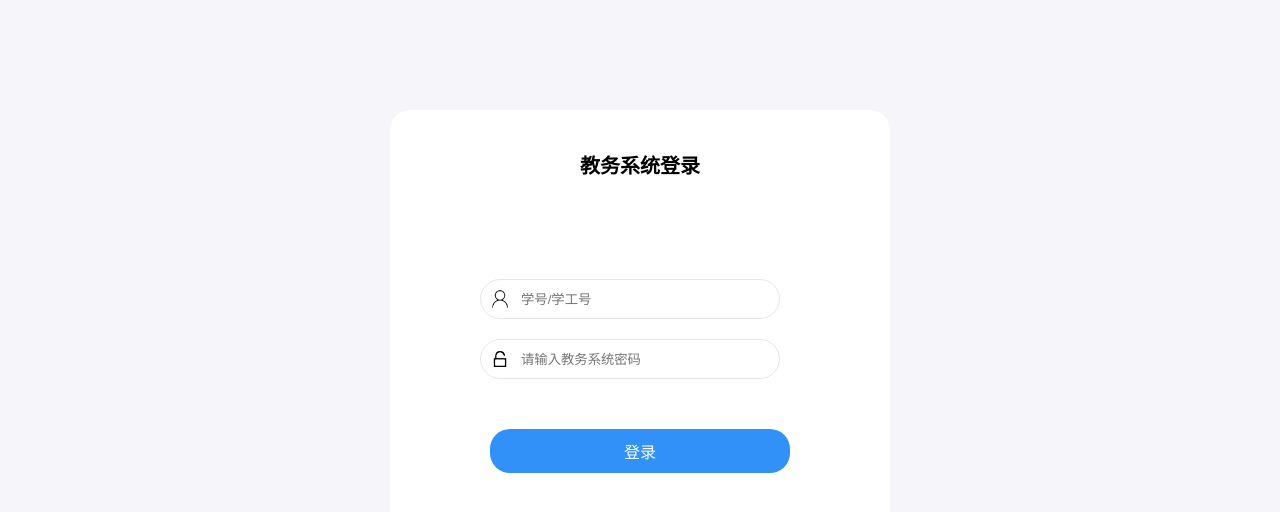
Repository: yangziteng/System
Page: / (app in myreact/)
The author's editor kept a copy of each file at every save. The page is drawn from the files as they stood at one save, then again after the next save.
The browser window is 1280 px wide. The pictures show the whole page.
The project was rebuilt for these pictures with package versions that can differ from the ones it lists, and the page was loaded fresh each time. Also part of the build but not shown: myreact/vite.config.js, myreact/src/App.css, myreact/src/App.jsx, myreact/src/log.jsx.

Above is the page before, as saved 2022-07-08 14:54:08.

### myreact/src/main.jsx
import React from 'react'
import ReactDOM from 'react-dom/client'
import App from './App'
import LOG from './log'
import './index.css'
import Login from "./pages/Login/Login"
const p = {name:"杨",age:12}
ReactDOM.createRoot(document.getElementById('root')).render(
  <React.StrictMode>
    {/* //解构赋值 语法 */}

    <Login/>


  </React.StrictMode>
)

### myreact/src/pages/Login/Login.jsx
import { useState } from 'react'
import { Component } from 'react'
import "./Login.css"
import img2 from "./images/p.png"
import img from "./images/a.png" //引入图片
class Login extends Component {
    constructor() {
        super()
    }
    render() {
        return (
            <div className='bgc'>
                <div className='model'>
                    <div className='model-head'>教务系统登录</div>
                    <div className='model-body'>
                        <div className='username'>
                            <input type="text" placeholder='学号/学工号' className='model-body-input' >
                            </input>
                            <img className='img' src={img} alt="" />
                        </div>
                        <div className='pwd'>
                            <input type="password" placeholder='请输入教务系统密码' className='model-body-input' >
                            </input>
                            <img className='img' src={img2} alt="" />
                        </div>
                        <div className='model-end'>
                            登录
                        </div>
                    </div>

                </div>
            </div>
        )
    }
}
export default Login

### myreact/src/pages/Login/Login.css

.bgc{
    background-color: rgba(245,245,250);
    width: 100vw;
    height: 100vh;
    display:flex;
    align-items: center;
}
.model{
    width: 500px;
    height: 500px;
    background-color: white;
    border-radius: 20px;
    margin:0 auto;
}
.model-head{
    text-align: center;
    margin-top:40px;
    font-size: 20px;
    font-weight: 800;
}
.model-body{

    margin-top:100px;

}
.username{
    display: flex;
    justify-content: center;
    align-items: center;
    position: relative;

}
.pwd{
    display: flex;
    justify-content: center;
    align-items: center;
    position: relative;
    margin-top:20px
}
.model-body-input{
    width: 300px;
    height: 40px;
    outline: none;
    border-radius: 20px;
    padding-left:40px ;
    box-sizing: border-box;
    border:1px solid #e7e7e7
}

.img{
    width: 20px;
    height: 20px;
    position: relative;
    right: 290px;
    /* right:290px */
}
.model-end{
    width: 300px;
    background-color: rgba(50,145,248);
    /* letter-spacing: 40px; */
    border-radius: 20px;
    padding: 10px 0px;
    text-align: center;
    color:white;
    margin:0 auto;
    margin-top:50px;
}

Loaded but not shown: myreact/index.html (common file); myreact/src/index.css (common file)

After the next save:
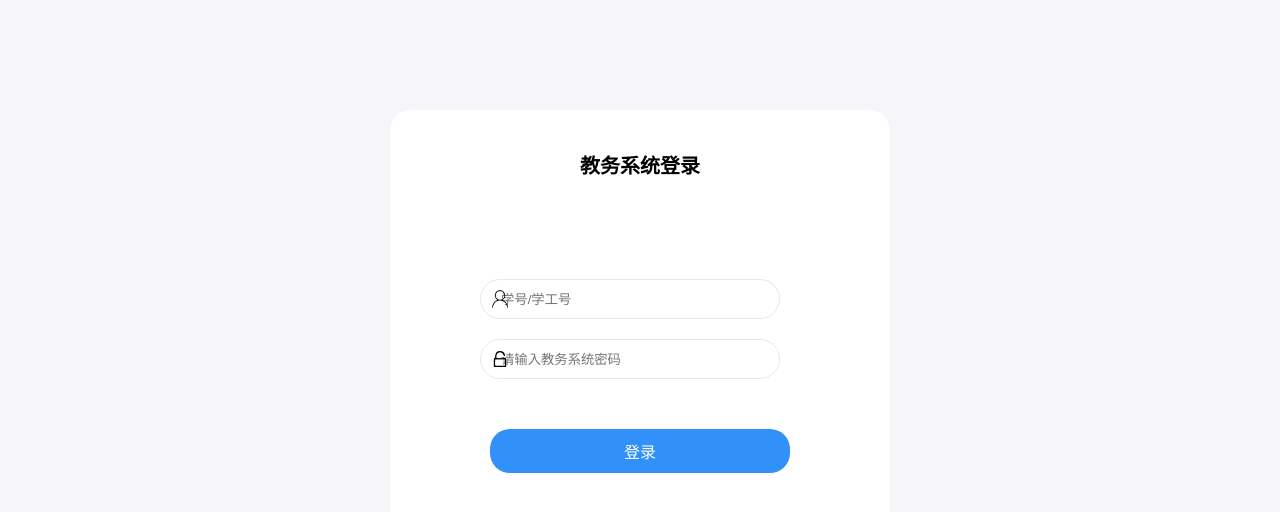
Saved 8 s later.
--- a/myreact/src/pages/Login/Login.css
+++ b/myreact/src/pages/Login/Login.css
@@ -43,7 +43,7 @@
     height: 40px;
     outline: none;
     border-radius: 20px;
-    padding-left:40px ;
+    padding-left:20px ;
     box-sizing: border-box;
     border:1px solid #e7e7e7
 }

After the save that followed:
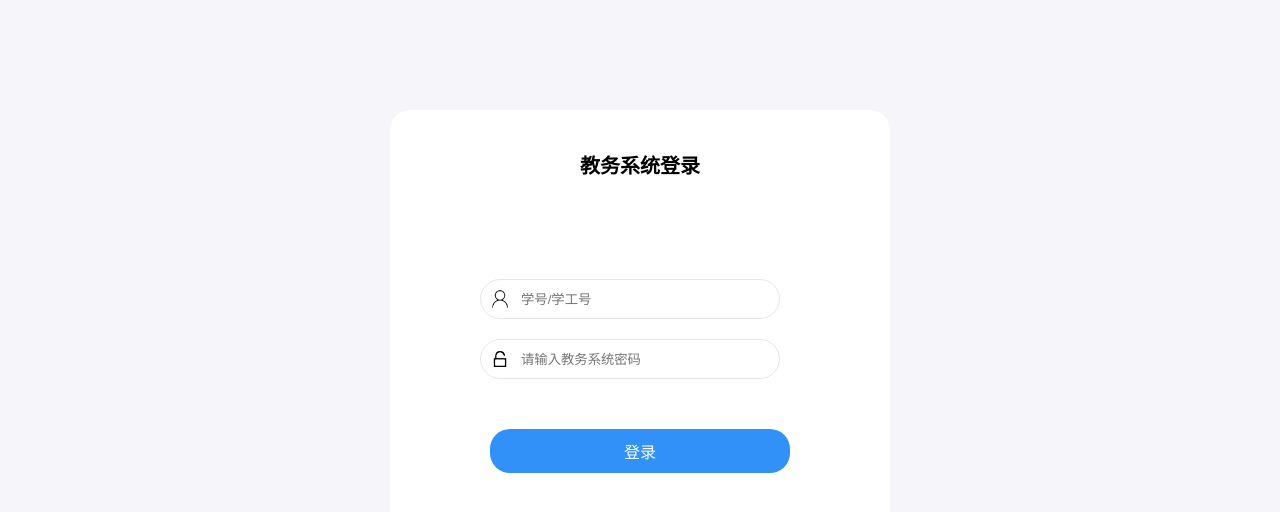
Saved 4 s later.
--- a/myreact/src/pages/Login/Login.css
+++ b/myreact/src/pages/Login/Login.css
@@ -43,7 +43,7 @@
     height: 40px;
     outline: none;
     border-radius: 20px;
-    padding-left:20px ;
+    padding-left:40px ;
     box-sizing: border-box;
     border:1px solid #e7e7e7
 }
